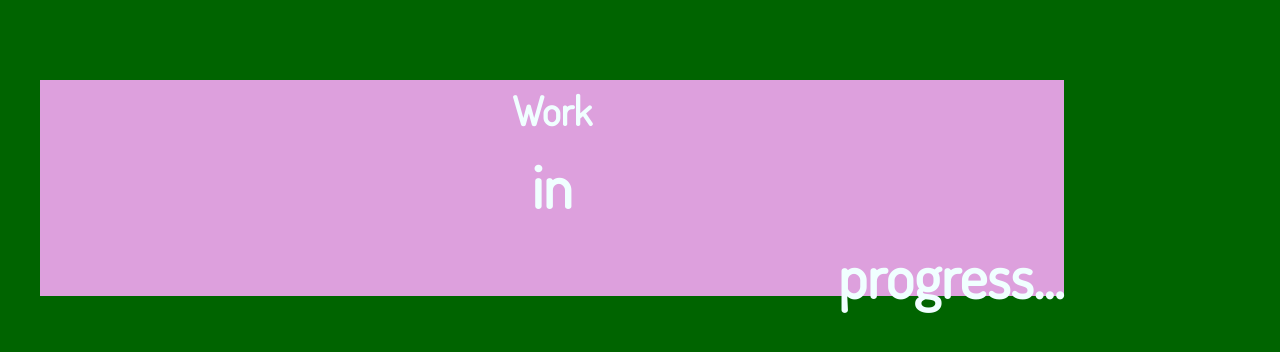
Repository: NollieChtn6/NollieChtn6.github.io
Page: index.html
An editor plug-in stored every save of this project. The page is shown before and after the next save, followed by the edit.
The browser window is 1280 px wide. The pictures show the whole page.

Above is the page before, as saved 2023-11-10 18:14:22.

### index.html

<!DOCTYPE html>

<html lang="fr">

<head>
  <meta charset="utf-8">
  <meta name="viewport" content="width=device-width">
  <link href="css/reset.css" rel="stylesheet">
  <link href="css/style.css" rel="stylesheet">
  <link
    href="https://fonts.googleapis.com/css2?family=Dosis&display=swap"
    rel="stylesheet">
  <title>Portfolio</title>
</head>

<body>

  <main class="main__container">

    <div class="main__content">

      <h1 class="main__title">
        <span class="main__title main__title--level-1">
          Work
        </span>
        <span class="main__title main__title--level-2">
          in
        </span>
        <span class="main__title main__title--level-3">
          progress...
        </span>
      </h1>

    </div>

  </main>

</body>

</html>

### css/style.css
/* VARIABLES */

/* :root {

} */


/* GÉNÉRAL */

* {
  box-sizing: border-box;
}

html {
  font-size: 62.5%;
}

body {
  display: flex;
  flex-direction: column;
  height: 100vh;
  min-height: 100vh;
}

h1 {
  font-family: 'Dosis', sans-serif;
}


/* MAIN  */

.main__container {
  display: flex;
  flex-direction: column;
  background-color: antiquewhite;
  height: 100vh;
  width: 100vw;
}

.main__content {
  display: flex;
  flex-direction: column;
  background-color:darkgreen;
  height: 100vh;
  width: 100vw;
  margin-top: auto;
  /* padding: 5rem 0rem 0rem 8rem; */
  /* justify-content: center; */
  /* align-items: center; */
  padding-top: 8rem;
  padding-left: 4rem;;

}

h1 {
  display: flex;
  flex-direction: column;
  width: 80vw;
  height: 30vh;
  font-size: 4rem;
  background-color: plum;
  color: azure;
  justify-content: space-between;
}

.main__title--level-1 {
  align-self: center;

}

.main__title--level-2 {
  align-self: center;
  font-size: 1.5em;
}

.main__title--level-3 {
  align-self: end;
  font-size: 1.5em;
}

Loaded but not shown: css/reset.css (common file)

After the next save:
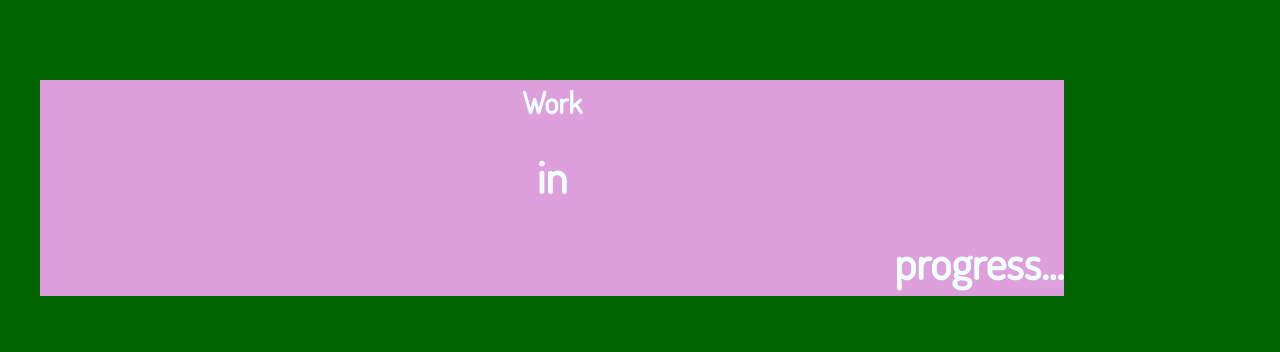
Saved 12 s later.
--- a/css/style.css
+++ b/css/style.css
@@ -57,7 +57,7 @@ h1 {
   flex-direction: column;
   width: 80vw;
   height: 30vh;
-  font-size: 4rem;
+  font-size: 3rem;
   background-color: plum;
   color: azure;
   justify-content: space-between;
